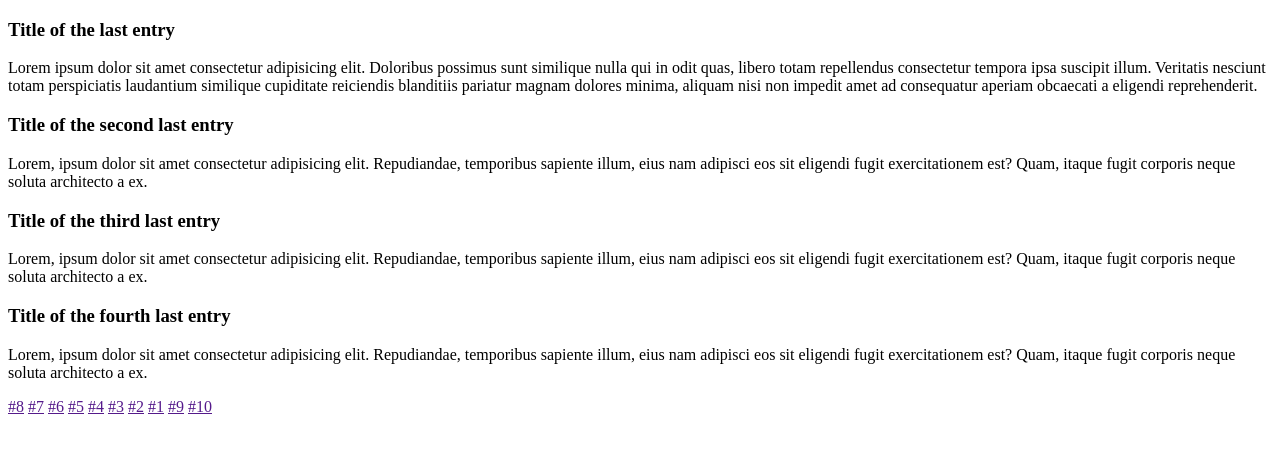
Repository: KikiMcArron/Don_Kiki_McArron
Page: index.html
An editor plug-in stored every save of this project. The page is shown before and after the next save, followed by the edit.
The browser window is 1280 px wide. The pictures show the whole page.

Above is the page before, as saved 2022-04-10 19:11:03.

### index.html
<!DOCTYPE html>
<html lang="pl">

<head>
    <meta charset="UTF-8">
    <meta http-equiv="X-UA-Compatible" content="IE=edge">
    <meta name="viewport" content="width=device-width, initial-scale=1.0">
    <title>Document</title>
</head>

<body>
    <header>
        <nav></nav>
    </header>
    <main>
        <section class="last_entrie">
            <article>
                <h3>Title of the last entry</h3>
                <p>Lorem ipsum dolor sit amet consectetur adipisicing elit. Doloribus possimus sunt similique nulla qui in odit quas, libero totam repellendus consectetur tempora ipsa suscipit illum. Veritatis nesciunt totam
                    perspiciatis laudantium similique cupiditate reiciendis blanditiis pariatur magnam dolores minima,
                    aliquam nisi non impedit amet ad consequatur aperiam obcaecati a eligendi reprehenderit.</p>

            </article>
        </section>
        <section class="prev_entries">
            <article>
                <h3>Title of the second last entry</h3>
                <p>Lorem, ipsum dolor sit amet consectetur adipisicing elit. Repudiandae, temporibus sapiente illum,
                    eius nam adipisci eos sit eligendi fugit exercitationem est? Quam, itaque fugit corporis neque
                    soluta architecto a ex.</p>
                </article>
                <article>
                    <h3>Title of the third last entry</h3>
                    <p>Lorem, ipsum dolor sit amet consectetur adipisicing elit. Repudiandae, temporibus sapiente illum,
                        eius nam adipisci eos sit eligendi fugit exercitationem est? Quam, itaque fugit corporis neque
                        soluta architecto a ex.</p>
                    </article>
                    <article>
                <h3>Title of the fourth last entry</h3>
                <p>Lorem, ipsum dolor sit amet consectetur adipisicing elit. Repudiandae, temporibus sapiente illum,
                    eius nam adipisci eos sit eligendi fugit exercitationem est? Quam, itaque fugit corporis neque
                    soluta architecto a ex.</p>
            </article>
        </section>
        <section class="hitory_entries">
            <a href="">#8</a>
            <a href="">#7</a>
            <a href="">#6</a>
            <a href="">#5</a>
            <a href="">#4</a>
            <a href="">#3</a>
            <a href="">#2</a>
            <a href="">#1</a>
            <a href="">#9</a>
            <a href="">#10</a>

        </section>
    </main>
    <aside class="notes"></aside>
    <aside class="projects"></aside>
    <footer></footer>
</body>

</html>

After the next save:
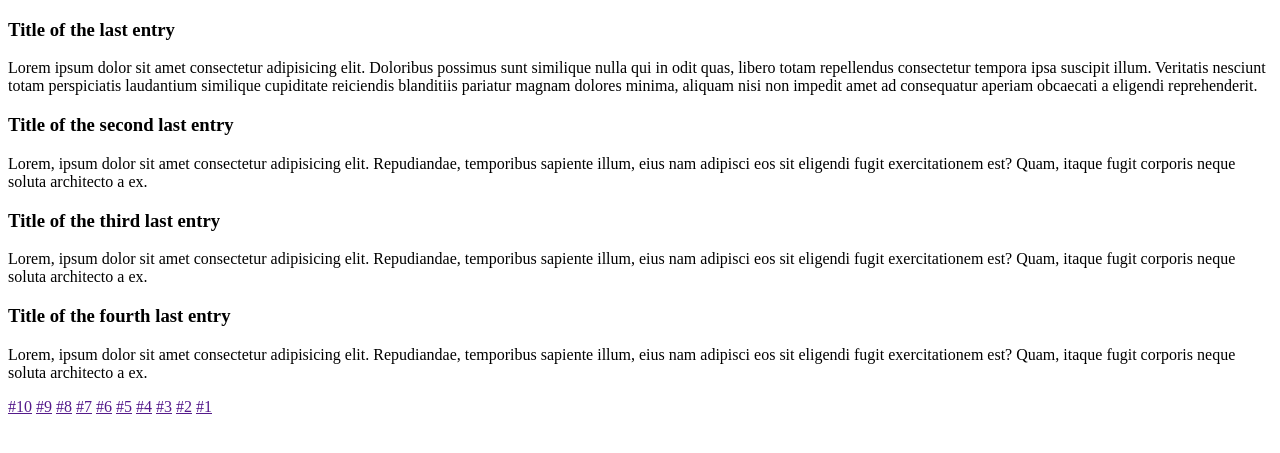
Saved 8 s later.
--- a/index.html
+++ b/index.html
@@ -43,6 +43,8 @@
             </article>
         </section>
         <section class="hitory_entries">
+            <a href="">#10</a>
+            <a href="">#9</a>
             <a href="">#8</a>
             <a href="">#7</a>
             <a href="">#6</a>
@@ -51,8 +53,6 @@
             <a href="">#3</a>
             <a href="">#2</a>
             <a href="">#1</a>
-            <a href="">#9</a>
-            <a href="">#10</a>
 
         </section>
     </main>
